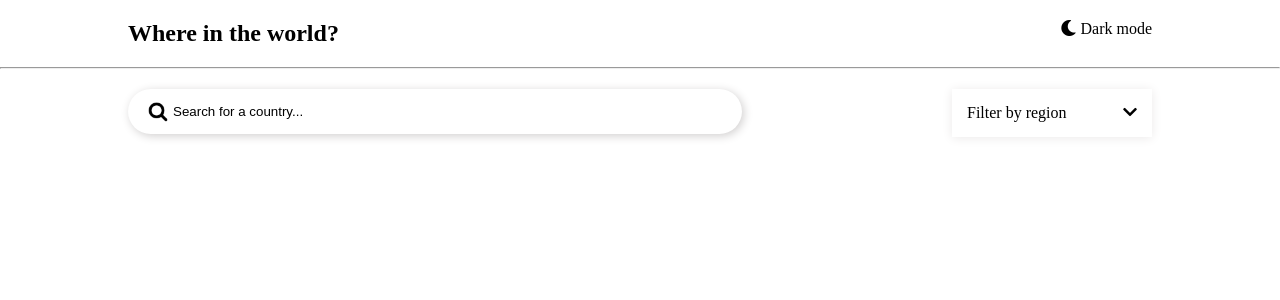
Repository: Eugene44-hub/countryProj
Page: index.html
An editor plug-in stored every save of this project. The page is shown before and after the next save, followed by the edit.
The browser window is 1280 px wide. The pictures show the whole page.
The page's requests for data from a server got no answer.

Above is the page before, as saved 2021-10-10 08:13:39.

### index.html
<!DOCTYPE html>
<html lang="en">

<head>
    <link rel="stylesheet" href="css/all.css">
    <link rel="stylesheet" href="style.css">
    <meta charset="UTF-8">
    <meta http-equiv="X-UA-Compatible" content="IE=edge">
    <meta name="viewport" content="width=device-width, initial-scale=1.0">
    <title>Document</title>
</head>
<header>
    <h2>Where in the world?</h2>
    <div class="mode"><i class="fas fa-moon"></i> Dark mode</div>
</header>
<hr>

<body>
    <div class="container">
        <div class="search-filter">
            <label for="search">
              <input type="text" placeholder="Search for a country..." id="search">
            </label>
            <label for="filter">
           <div class="select">
                <div class="default-text">Filter by region <i class="fas fa-chevron-down"></i>
                </div>
             <ul>
                    <li id="asia">Asia</li>
                    <li id='europe'>Europe</li>
                    <li id="africa">Africa</li>
                    <li id="oceania">Oceania</li>
                    <li id="america">America</li>
             </ul>
     </div>
            </label>
        </div>
        <div class="country-container">

            <div class="countries">


            </div>
        </div>
    </div>

</body>

<script src="data.js"></script>
<script src="app.js"></script>
<script src="UI.js"></script>

</html>

### style.css
* {
    padding: 0;
    margin: 0;
    box-sizing: border-box;
}

.container {
    width: 80%;
    margin: auto;
}

.countries {
    display: flex;
    flex-wrap: wrap;
    justify-content: space-between;
    margin: auto;
}

img {
    width: 100%;
    height: 150px;
    border-bottom-left-radius: 0px;
    border-bottom-right-radius: 0px;
    border-top-right-radius: 5px;
    border-top-left-radius: 5px;
}

.country {
    width: 265px;
    margin: 20px 0;
    border-radius: 10px;
}

.about-country {
    padding: 0px 20px;
    line-height: 2;
    margin-bottom: 20px;
}

h3 {
    font-size: small
}

.country {
    box-shadow: 2px 4px 15px rgb(235, 235, 235), -2px 0px 15px rgb(235, 235, 235);
}

#name {
    font-weight: bold;
    line-height: 5;
    font-size: 16px
}

span {
    font-weight: bold;
}

#population,
#region,
#capital {
    font-size: 14px;
}

header {
    display: flex;
    justify-content: space-between;
    width: 80%;
    margin: 20px auto;
}

input {
    padding: 15px;
    width: 350px;
    border-radius: 50px;
}

label {
    flex: 50%;
}

.search-filter {
    display: flex;
    flex-wrap: wrap;
    flex: 100%;
    justify-content: space-between;
    margin: 20px 0;
}

ul {
    list-style: none;
    position: absolute;
    background-color: white;
    width: 60%;
    box-shadow: 4px 1px 10px rgb(235, 233, 233);
    display: none;
    margin: 0 0;
}

@keyframes margin {
    from {
        margin: 0;
        opacity: 0;
    }
    to {
        margin: 10px 0;
        opacity: 1;
    }
}

.select:hover ul {
    display: block;
    cursor: pointer;
    animation: margin .2s;
    margin: 1px 0;
}

li:hover {
    background-color: rgb(111, 111, 247);
    color: white;
    transition: all .5s;
}

.select {
    right: 0;
    background-color: white;
    width: 200px;
    float: right;
    box-shadow: 0px 1px 10px rgb(235, 233, 233);
}

label[for=filter] {
    position: relative;
    flex: 30%
}

li,
.default-text {
    padding: 15px;
    position: relative;
    cursor: pointer;
    width: 100%;
}

.fa-chevron-down {
    float: right;
}

::placeholder {
    color: black;
    padding-left: 30px;
}

#search {
    background-image: url('search\ icon.png');
    background-size: 20px;
    background-repeat: no-repeat;
    background-position-y: center;
    background-position-x: 20px;
    border: none;
    outline: none;
    box-shadow: 2px 2px 10px rgb(209, 207, 207);
    width: 100%;
}

#search:focus {
    background-image: none;
}


/*

#europe {
    line-height: 6;
}

#africa {
    line-height: 11;
}

#oceania {
    line-height: 16;
}

#america {
    line-height: 21;
} */


/* # Front-end Style Guide

## Layout

The designs were created to the following widths:

- Mobile: 375px
- Desktop: 1440px

## Colors

### Neutral

- Dark Blue (Dark Mode Elements): hsl(209, 23%, 22%)
- Very Dark Blue (Dark Mode Background): hsl(207, 26%, 17%)
- Very Dark Blue (Light Mode Text): hsl(200, 15%, 8%)
- Dark Gray (Light Mode Input): hsl(0, 0%, 52%)
- Very Light Gray (Light Mode Background): hsl(0, 0%, 98%)
- White (Dark Mode Text & Light Mode Elements): hsl(0, 0%, 100%)

## Typography

### Body Copy

- Homepage Items: 14px
- Detail Page: 16px

### Fonts

- Family: [Nunito Sans](https://fonts.google.com/specimen/Nunito+Sans)
- Weights: 300, 600, 800

## Icons

For the icons, you can use a font icon library. Don't worry if the icons that you choose don't look exactly like they do on the design.

Some suggestions can be found below:

- [Font Awesome](https://fontawesome.com)
- [IcoMoon](https://icomoon.io)
- [Ionicons](https://ionicons.com) */

com) - [IcoMoon](https: //icomoon.io)
- [Ionicons](https: //ionicons.com) */

### data.js
const url = 'https://restcountries.com/v3.1/all';

class Country {
    getCountries = async function() {
        const response = await fetch(url);
        const data = await response.json();

        return {
            data
        }
    }
}

### app.js
const country = new Country;
const search = document.querySelector('#search');
country.getCountries()
    .then(data => {
        const ui = new UI(data.data)
        ui.display();
        console.log(data.data[1].name.common)

    })

search.addEventListener('input', e => {
    UI.searchDisplay(search)
    console.log(search)
})

### UI.js
class UI {
    constructor(country) {
        this.country = country;
    }

    display() {
        let countries = document.querySelector('.countries');
        let output = '';
        let zero = 0;
        for (let i = 0; i < this.country.length; i++) {


            if (this.country[i].capital === undefined) {
                output += `
              <div class="country">
              <div class="image">
             <img src=${this.country[i].flags.png}>
              </div>
              <div class="about-country">
              <p id=name>${this.country[i].name.common}</p>
              <p id="population">Population: ${this.country[i].population}</p>
                  <p id="region">Region: ${this.country[i].region}</p>
                  <p id="capital">Capital: No capital</p>
              </div>
          </div>`
            } else {
                output += `
              <div class="country">
              <div class="image">
             <img src=${this.country[i].flags.png}>
              </div>
              <div class="about-country">
              <p id=name>${this.country[i].name.common}</p>
                  <p id="population"><span>Population</span>: ${this.country[i].population}</p>

                  <p id="region"><span>Region</span>: ${this.country[i].region}</p>

                  <p id="capital"><span>Capital</span>: ${this.country[i].capital[0]}</p>
              </div>
          </div>`
            }
        }
        countries.innerHTML = output
    }
    static searchDisplay(input) {
        if (input.value !== '') {
            input.style.backgroundImage = 'none';
        } else {
            input.style.backgroundImage = `url('search\ icon.png')`;
        }
    }
}



/*  */

Loaded but not shown: css/all.css (library)

After the next save:
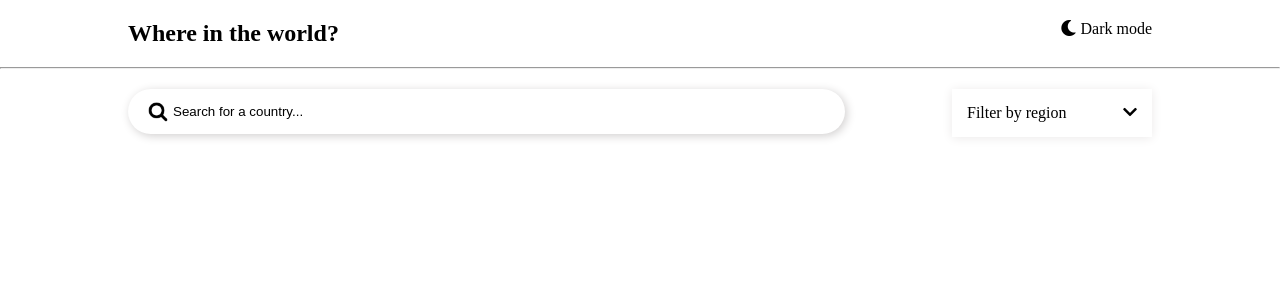
Saved 14 s later.
--- a/style.css
+++ b/style.css
@@ -75,7 +75,7 @@
 }
 
 label {
-    flex: 50%;
+    flex: 70%;
 }
 
 .search-filter {

After the save that followed:
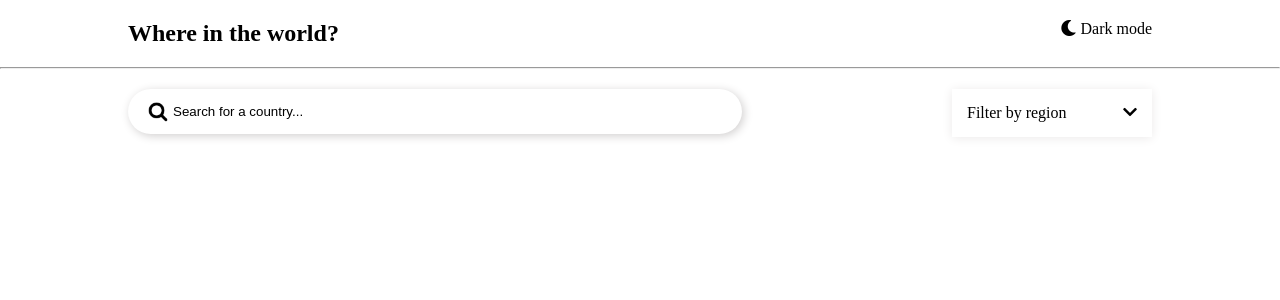
Saved 8 s later.
--- a/style.css
+++ b/style.css
@@ -75,7 +75,7 @@
 }
 
 label {
-    flex: 70%;
+    flex: 50%;
 }
 
 .search-filter {
